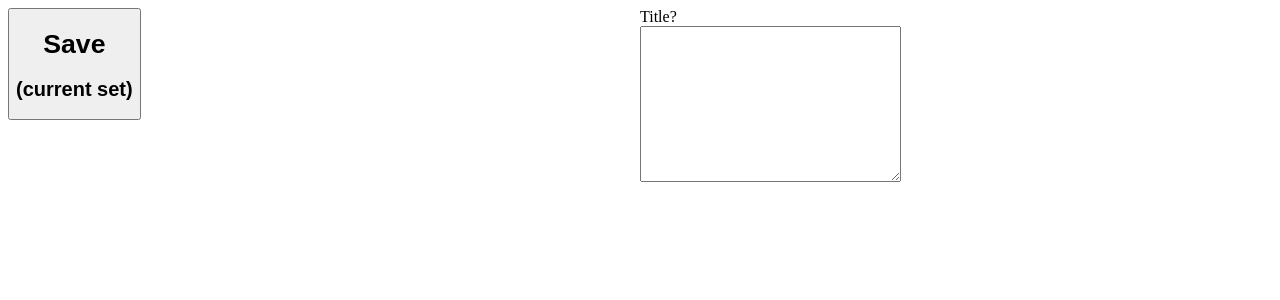
Repository: pixman92/GitTab
Page: popup.html
An editor plug-in stored every save of this project. The page is shown before and after the next save, followed by the edit.
The browser window is 1280 px wide. The pictures show the whole page.

Above is the page before, as saved 2020-01-24 13:37:33.

### popup.html
<!-- this file, is the 'instructions' of the extension
showing the different commands -->

<!DOCTYPE html>
<html>
<head>
    <meta charset="utf-8" />
    <meta http-equiv="X-UA-Compatible" content="IE=edge">
    <title>GitTab - Help</title>
    <meta name="viewport" content="width=device-width, initial-scale=1">
    <!-- <link rel="stylesheet" type="text/css" media="screen" href="main.css" /> -->
    <!-- <script src="main.js"></script> -->
    <script src="takeMeToBackground.js"></script>
    <style>
        .grid1{
            display: grid;
            grid-template-columns: 1fr 1fr;
        }
        .grid2{
            display: grid;
            grid-template-rows: 1fr 1fr;
        }
    </style>
</head>
<body>
        <div class="grid1">
            <div>
                <button id="back"><span>
                    <h1>Save</h1><h2>(current set)</h2>
                </span></button>
            </div>
            <div class="">
                <div>

                    Title?
                </div>
                <div>
                    <textarea name="" id="title" cols="30" rows="10"></textarea>
                </div>
            </div>
        </div>

</body>
</html>

### takeMeToBackground.js
window.onload = ()=>{
    document.getElementById('back').addEventListener('click', ()=>{
        pullCurrentWindow();
    })
}

//========================================
//functions for pulling Tab data

// var tabGlobal;
function pullCurrentWindow(){
    //DIFICULT Function!!
    // works on getting current tabs
    // saving them to 'chrome' storage
    // and reproducing them in background.html
    var tabGlobal;
    chrome.tabs.query({currentWindow: true}, (tab)=>{
        console.log('tab', tab);
        tabGlobal = tab;
        chrome.storage.sync.set({'tabSet': tabGlobal});
    });
    console.log('tabGlobal1', tabGlobal);


    showBackground();

}


function showBackground(){
    chrome.tabs.create({url: chrome.extension.getURL('background.html')});
}


//========================================

function wait(timout){
    return new Promise(resolve=>setTimeout(resolve, timout));
}

After the next save:
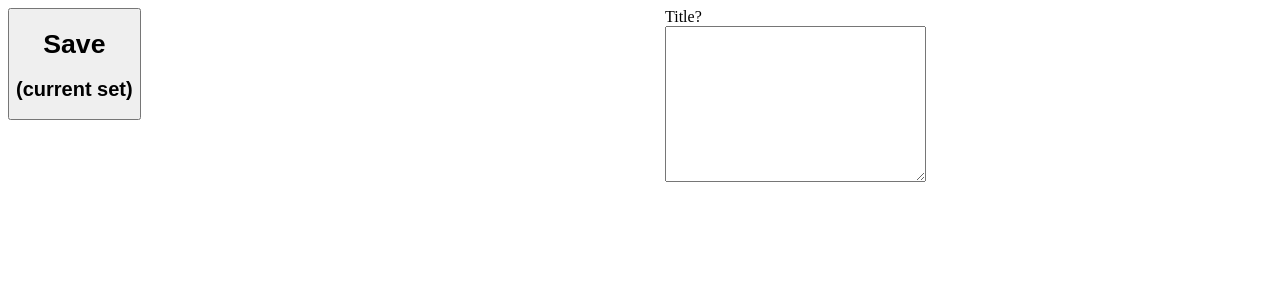
Saved 27 s later.
--- a/popup.html
+++ b/popup.html
@@ -15,6 +15,7 @@ showing the different commands -->
         .grid1{
             display: grid;
             grid-template-columns: 1fr 1fr;
+            grid-gap: 50px;
         }
         .grid2{
             display: grid;
